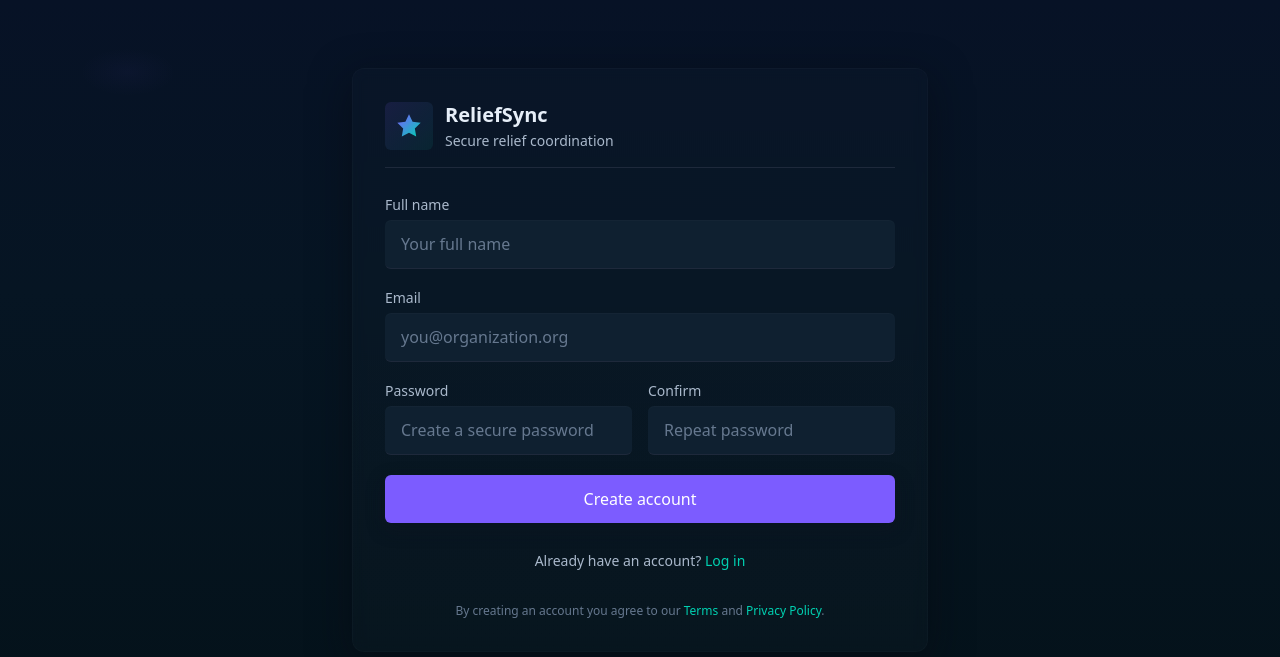
Repository: Gazal1116/Reliefsync
Page: /request (app in Frontend/)
The author's editor kept a copy of each file at every save. The page is drawn from the files as they stood at one save, then again after the next save.
The browser window is 1280 px wide. The pictures show the whole page.
The project was rebuilt for these pictures with package versions that can differ from the ones it lists, and the page was loaded fresh each time. Also part of the build but not shown: Frontend/vite.config.js.

Above is the page before, as saved 2026-03-02 22:10:57.

After the next save:
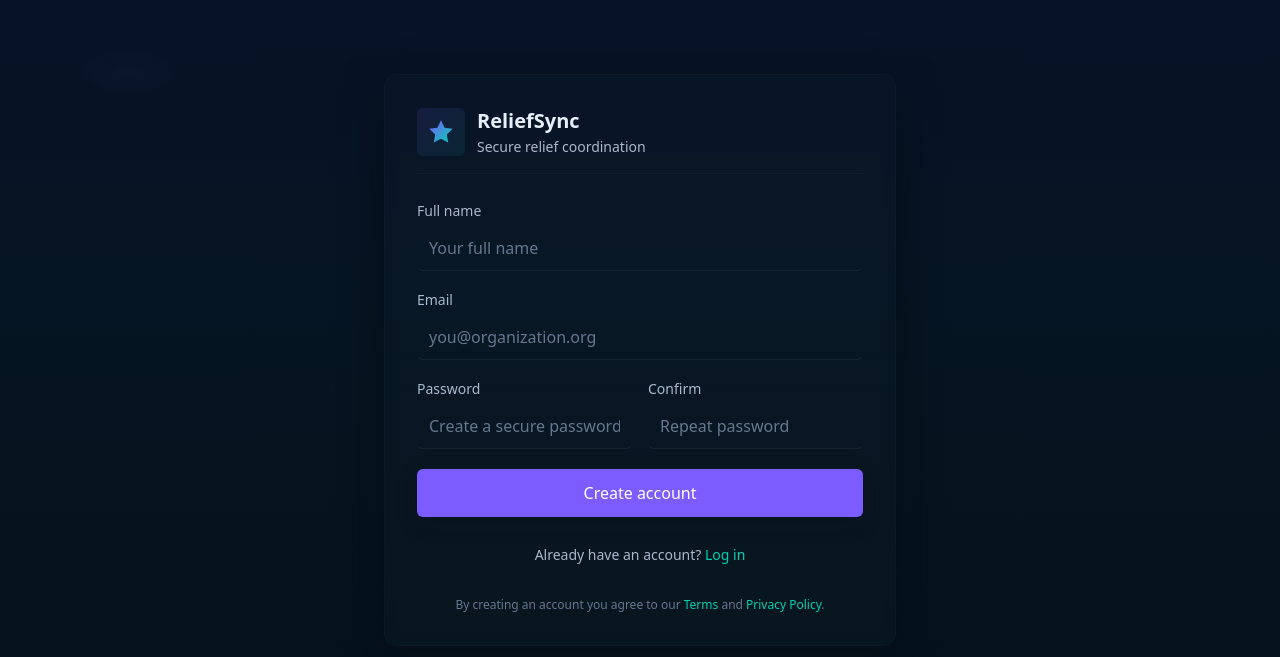
Saved 40 s later.
--- a/Frontend/src/components/register.jsx
+++ b/Frontend/src/components/register.jsx
@@ -33,7 +33,7 @@ export default function Register() {
 
 	return (
 		<main className="min-h-screen flex items-center justify-center px-4 py-12">
-			<section className="w-full max-w-xl card-surface rounded-xl p-8 shadow-2xl" style={{ borderRadius: 12 }}>
+			<section className="w-full max-w-lg card-surface rounded-xl p-8 shadow-2xl">
 				{/* header with logo */}
 				<div className="flex items-center gap-3 mb-4">
 					<div className="flex items-center justify-center rounded-md" style={{ width: 48, height: 48, background: 'linear-gradient(135deg, rgba(124,92,255,0.12), rgba(0,209,178,0.08))' }}>
@@ -53,7 +53,7 @@ export default function Register() {
 					</div>
 				</div>
 
-				<hr className="border-t" style={{ borderColor: 'var(--border)' }} />
+				<hr className="border-t" style={{ borderColor: 'rgba(255,255,255,0.03)', marginTop: 8, marginBottom: 14 }} />
 
 				<form className="mt-6" onSubmit={handleSubmit} noValidate>
 					<div className="grid gap-4">
@@ -65,8 +65,8 @@ export default function Register() {
 								onChange={handleChange}
 								placeholder="Your full name"
 								aria-label="Full name"
-								className="mt-1 w-full rounded-md px-4 py-3 focus:outline-none focus:ring-2 transition-shadow"
-								style={{ backgroundColor: 'var(--elev)', borderColor: 'var(--border)', color: 'var(--text-high)', boxShadow: 'inset 0 1px 0 rgba(255,255,255,0.02)' }}
+								className="mt-1 w-full rounded-md focus:outline-none transition-shadow"
+								style={{ backgroundColor: 'transparent', borderBottom: '1px solid rgba(255,255,255,0.06)', color: 'var(--text-high)' }}
 								required
 							/>
 						</label>
@@ -80,8 +80,8 @@ export default function Register() {
 								onChange={handleChange}
 								placeholder="you@organization.org"
 								aria-label="Email address"
-								className="mt-1 w-full rounded-md px-4 py-3 focus:outline-none focus:ring-2 transition-shadow"
-								style={{ backgroundColor: 'var(--elev)', borderColor: 'var(--border)', color: 'var(--text-high)', boxShadow: 'inset 0 1px 0 rgba(255,255,255,0.02)' }}
+								className="mt-1 w-full rounded-md focus:outline-none transition-shadow"
+								style={{ backgroundColor: 'transparent', borderBottom: '1px solid rgba(255,255,255,0.06)', color: 'var(--text-high)' }}
 								required
 							/>
 						</label>
@@ -96,8 +96,8 @@ export default function Register() {
 									onChange={handleChange}
 									placeholder="Create a secure password"
 									aria-label="Password"
-									className="mt-1 w-full rounded-md px-4 py-3 focus:outline-none focus:ring-2 transition-shadow"
-									style={{ backgroundColor: 'var(--elev)', borderColor: 'var(--border)', color: 'var(--text-high)', boxShadow: 'inset 0 1px 0 rgba(255,255,255,0.02)' }}
+									className="mt-1 w-full rounded-md focus:outline-none transition-shadow"
+									style={{ backgroundColor: 'transparent', borderBottom: '1px solid rgba(255,255,255,0.06)', color: 'var(--text-high)' }}
 									required
 								/>
 							</label>
@@ -111,8 +111,8 @@ export default function Register() {
 									onChange={handleChange}
 									placeholder="Repeat password"
 									aria-label="Confirm password"
-									className="mt-1 w-full rounded-md px-4 py-3 focus:outline-none focus:ring-2 transition-shadow"
-									style={{ backgroundColor: 'var(--elev)', borderColor: 'var(--border)', color: 'var(--text-high)', boxShadow: 'inset 0 1px 0 rgba(255,255,255,0.02)' }}
+									className="mt-1 w-full rounded-md focus:outline-none transition-shadow"
+									style={{ backgroundColor: 'transparent', borderBottom: '1px solid rgba(255,255,255,0.06)', color: 'var(--text-high)' }}
 									required
 								/>
 							</label>
